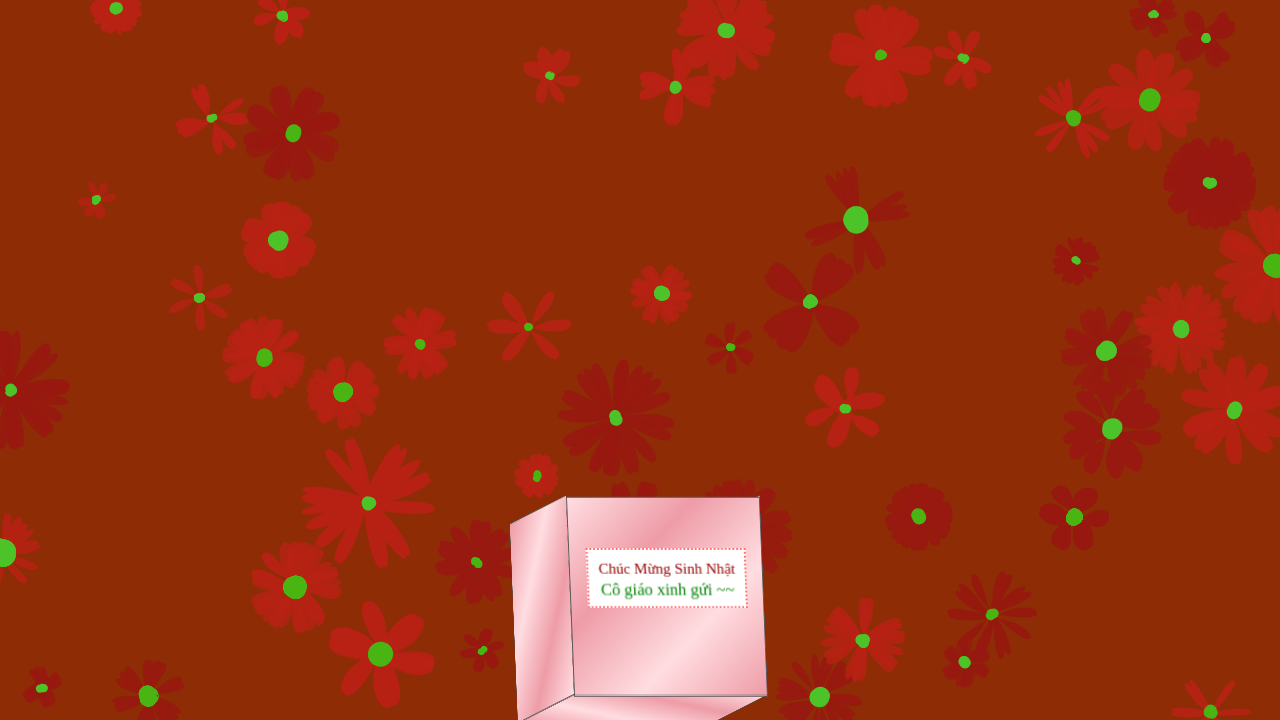
Repository: longhuu2204/click-me
Page: index.html
These files come from the project's save history. The page is drawn as it stood at one moment and after the next save; the edit follows.
The browser window is 1280 px wide. The pictures show the whole page.

Above is the page before, as saved 2023-03-10 23:41:57.

After the next save:
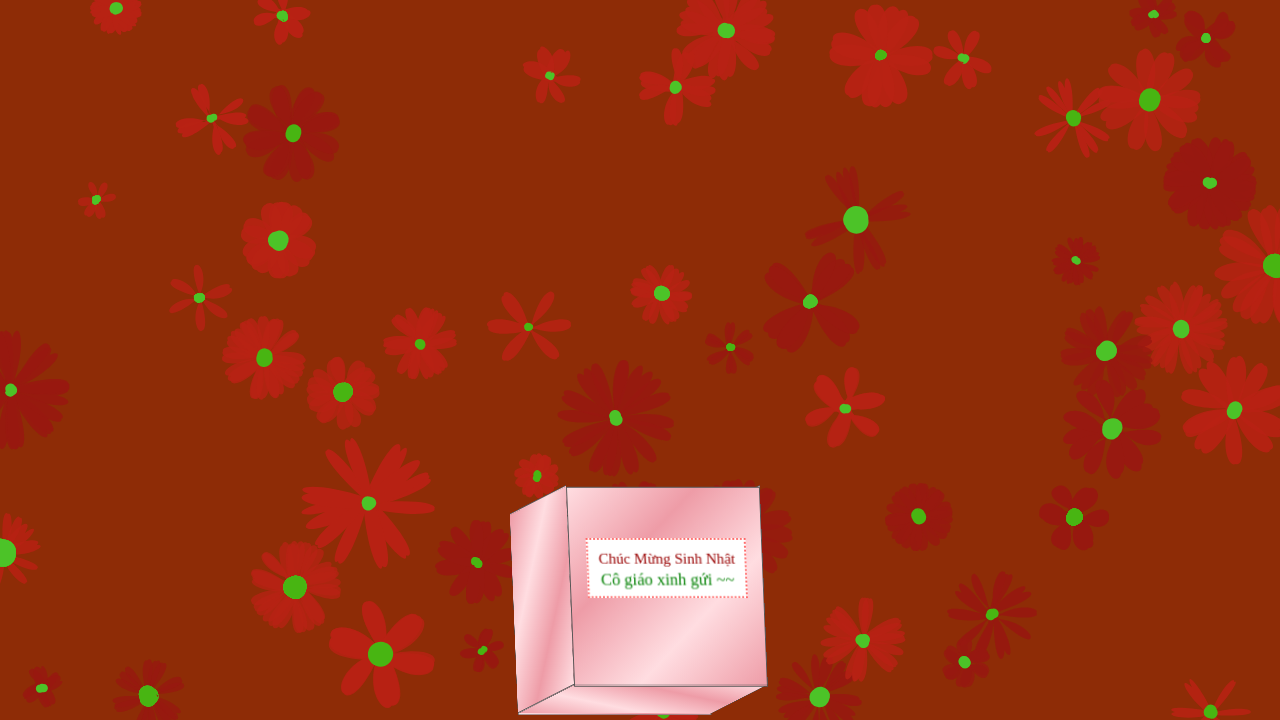
Saved 4 s later.
--- a/present.css
+++ b/present.css
@@ -33,7 +33,7 @@ body {
   display: flex;
   align-self: flex-end;
   position: absolute;
-  transform: translate(0, -10px);
+  transform: translate(0, -20px);
 }
 
 .present-box {
